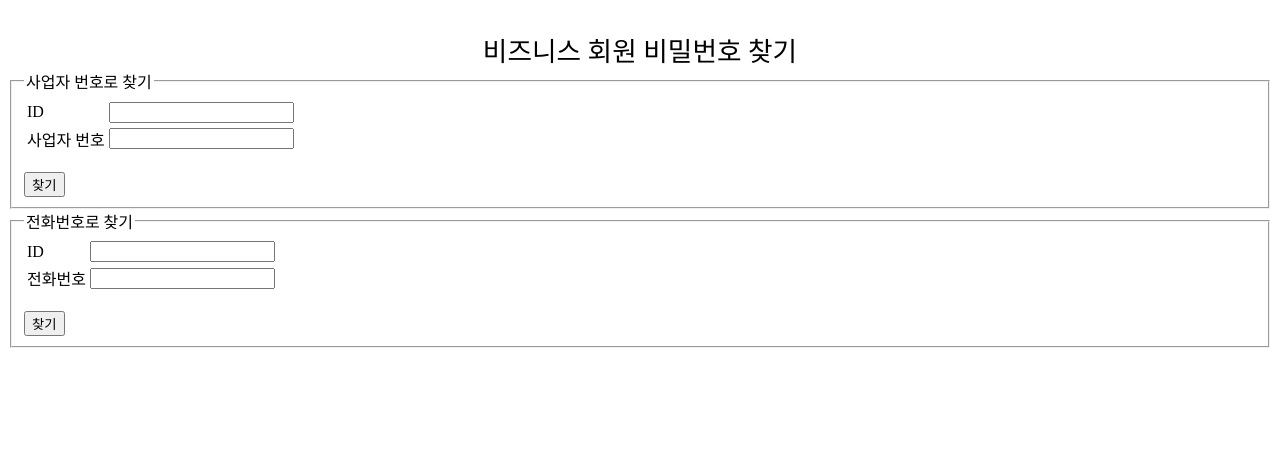
Repository: chmyj2/Team2_Final-project
Page: http://localhost/FinalProject/WEB-INF/views/2Team/t2login/t2_businessFindPW.jsp
These files come from the project's save history. The page is drawn as it stood at one moment and after the next save; the edit follows.
The browser window is 1280 px wide. The pictures show the whole page.
The page is served by Tomcat 9. Nobody is signed in. Other server files are loaded and not shown. The template is opened directly, without the code that normally fills it, so the values that code supplies are empty.

Above is the page before, as saved 2022-09-02 01:03:31.

### FinalProject/src/main/webapp/WEB-INF/views/2Team/t2login/t2_businessFindPW.jsp
<%@ page language="java" contentType="text/html; charset=UTF-8"
    pageEncoding="UTF-8"%>
<!DOCTYPE html>
<html>
<head>
<meta charset="UTF-8">
<title>Insert title here</title>
</head>
<body>
<div style="text-align: center; font-size: 20pt; font-weight: 15pt; margin-top: 30px; padding-bottom: -10px;">비즈니스 회원 비밀번호 찾기</div>
<div class="findID-outline">
		<div class="findID-email">

		<form action="#" method="POST">
		<fieldset>
		<legend>사업자 번호로 찾기</legend>

		<table>
		<tr class="findID-email-tr">
		<td class="findID-email-td">ID</td>
		<td><input name="vet_ID" type="text"></td>
		</tr>

		<tr class="findID-email-tr">
		<td class="findID-email-td">사업자 번호</td>
		<td><input name="vet_businessNum" type="number"></td>
		</tr>
		</table><br>


		<button>찾기</button>

		</fieldset>
		</form>
		</div>

		<div class="findID-line"></div>

		<div class="findID-phoneNum">
		<form action="#" method="POST">
		<fieldset>
		<legend>전화번호로 찾기</legend>

		<table>

		<tr class="findID-email-tr">
		<td class="findID-email-td">ID</td>
		<td><input name="vet_ID" type="text"></td>
		</tr>

		<tr class="findID-phoneNum-tr">
		<td class="findID-phoneNum-td">전화번호</td>
		<td><input name="vet_phoneNum" type="tel"></td>
		</tr>

		</table><br>


		<button>찾기</button>

		</fieldset>
		</form>

		</div>

	</div>
</body>
</html>

After the next save:
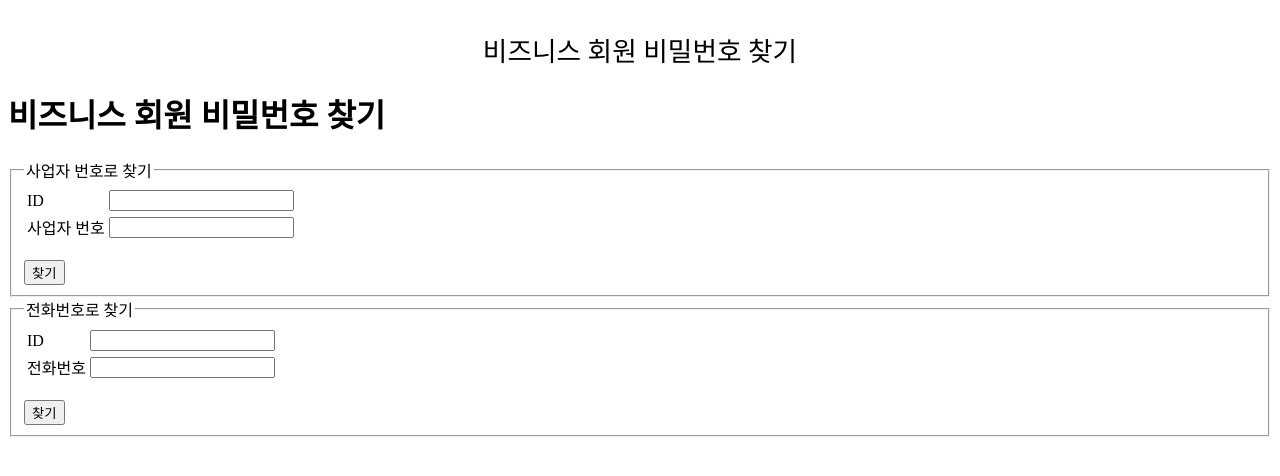
Saved 104 s later.
--- a/FinalProject/src/main/webapp/WEB-INF/views/2Team/t2login/t2_businessFindPW.jsp
+++ b/FinalProject/src/main/webapp/WEB-INF/views/2Team/t2login/t2_businessFindPW.jsp
@@ -9,6 +9,7 @@
 <body>
 <div style="text-align: center; font-size: 20pt; font-weight: 15pt; margin-top: 30px; padding-bottom: -10px;">비즈니스 회원 비밀번호 찾기</div>
 <div class="findID-outline">
+	<h1>비즈니스 회원 비밀번호 찾기</h1>
 		<div class="findID-email">
 
 		<form action="#" method="POST">
